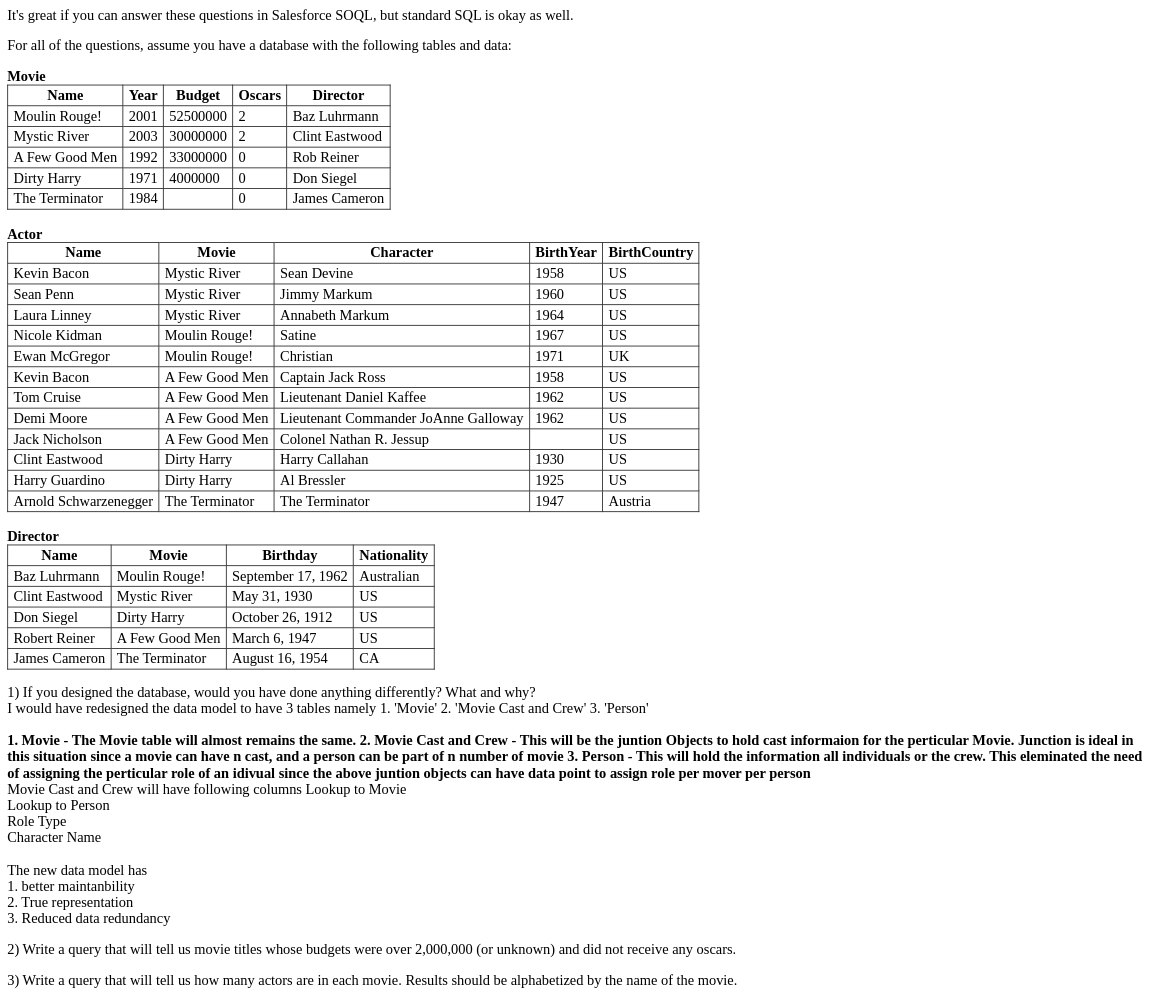
Repository: akhil33/AFFRM
Page: AFFIRM-NON-SFDC/Database.html
These files come from the project's save history. The page is drawn as it stood at one moment and after the next save; the edit follows.
The browser window is 1280 px wide. The pictures show the whole page, at 90% of full size.

Above is the page before, as saved 2022-04-07 21:11:25.

After the next save:
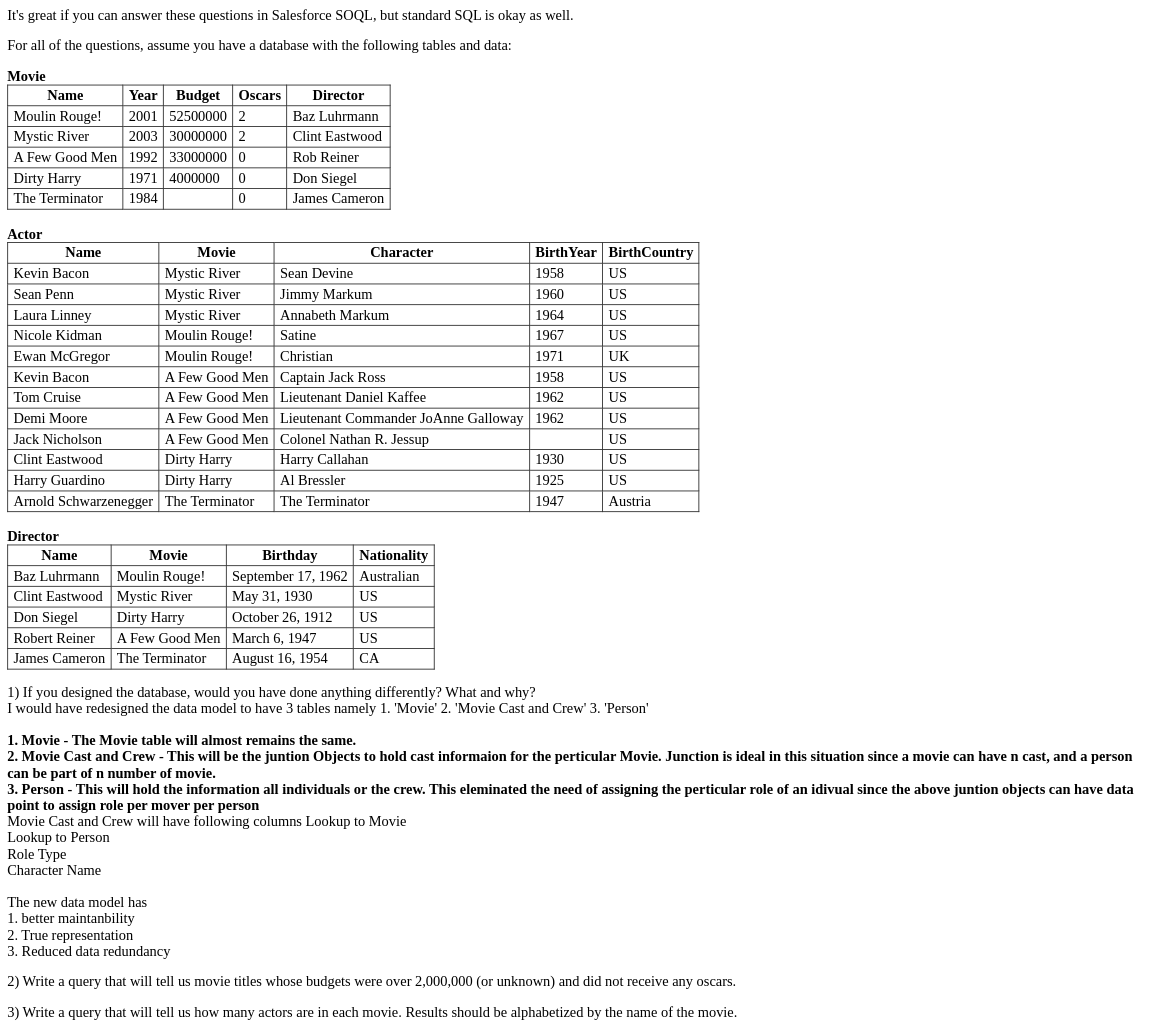
Saved 28 s later.
--- a/AFFIRM-NON-SFDC/Database.html
+++ b/AFFIRM-NON-SFDC/Database.html
@@ -199,8 +199,8 @@
 			<br>
 			I would have redesigned the data model to have 3 tables namely 1. 'Movie' 2. 'Movie Cast and Crew' 3. 'Person'
 			<br><br><strong>
-			1. Movie - The Movie table will almost remains the same.
-			2. Movie Cast and Crew - This will be the juntion Objects to hold cast informaion for the perticular Movie. Junction is ideal in this situation since a movie can have n cast, and a person can be part of n number of movie
+			1. Movie - The Movie table will almost remains the same. <br>
+			2. Movie Cast and Crew - This will be the juntion Objects to hold cast informaion for the perticular Movie. Junction is ideal in this situation since a movie can have n cast, and a person can be part of n number of movie.<br>
 			3. Person - This will hold the information all individuals or the crew. This eleminated the need of assigning the perticular role of an idivual since the above juntion objects can have data point to assign role per mover per person
 			<br></strong>
 			Movie Cast and Crew will have following columns
